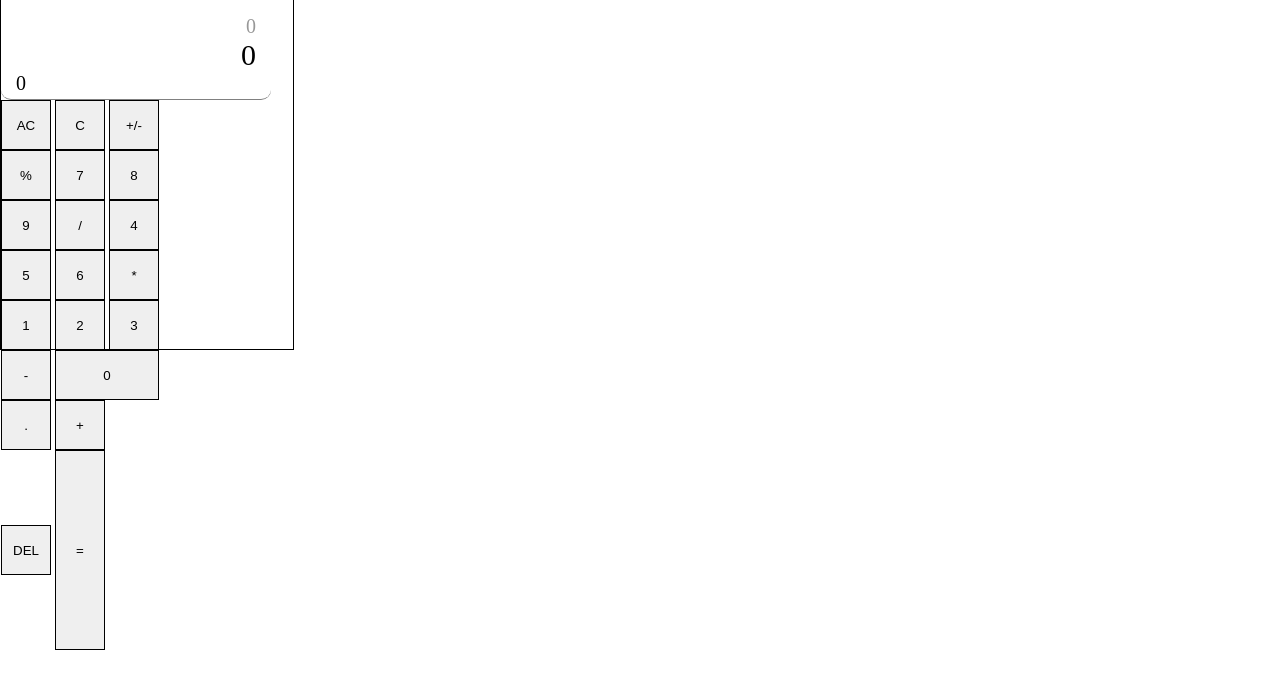
Repository: baziz22/Vanilla_JS_Projects
Page: claculator/index.html
The author's editor kept a copy of each file at every save. The page is drawn from the files as they stood at one save, then again after the next save.
The browser window is 1280 px wide. The pictures show the whole page.

Above is the page before, as saved 2022-03-02 03:20:03.
Console error: SyntaxError: Malformed arrow function parameter list

After the next save:
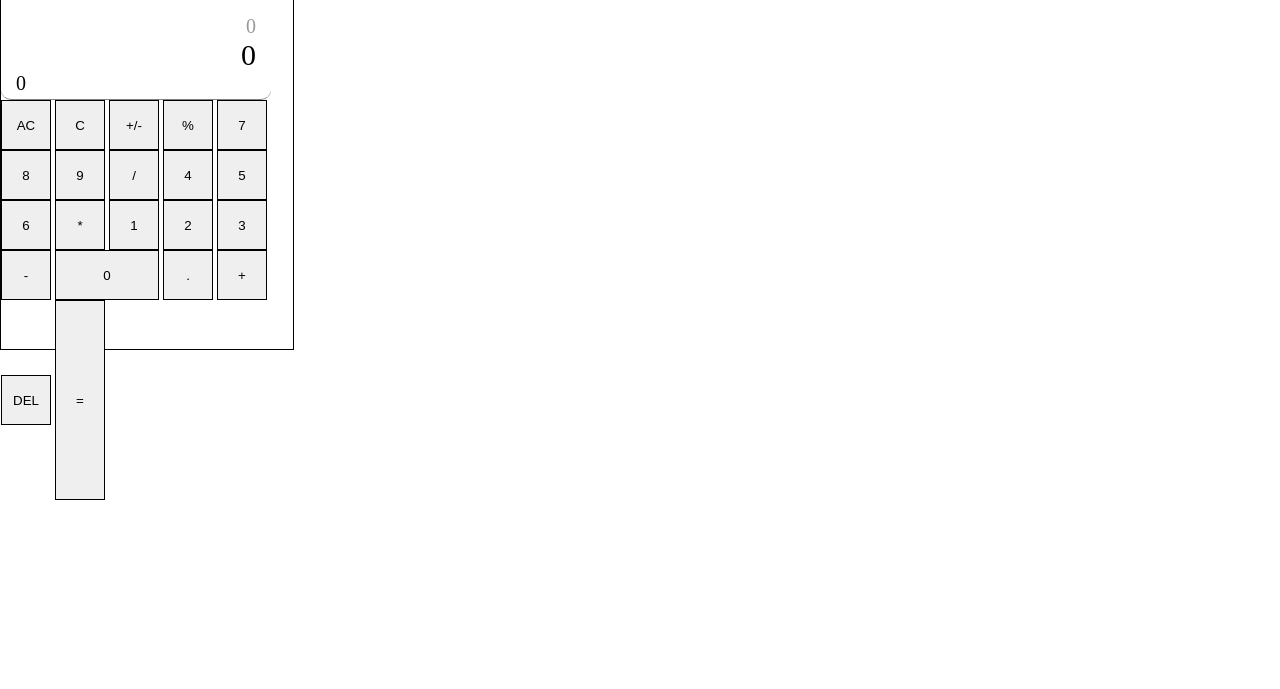
Saved 7 s later.
--- a/claculator/style.css
+++ b/claculator/style.css
@@ -13,7 +13,7 @@
   display: inline-block;
 }
 #left-side {
-  width: 210px;
+  width: 310px;
   align-items: left;
 }
 #right-side {
